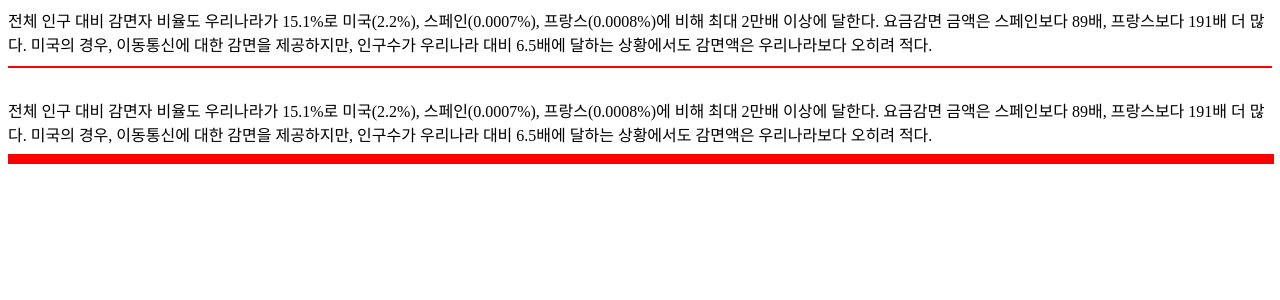
Repository: sungken/htmlProject
Page: ClientTest/src/main/webapp/html/ex09_hr.html
An editor plug-in stored every save of this project. The page is shown before and after the next save, followed by the edit.
The browser window is 1280 px wide. The pictures show the whole page.

Above is the page before, as saved 2024-03-13 00:47:11.

After the next save:
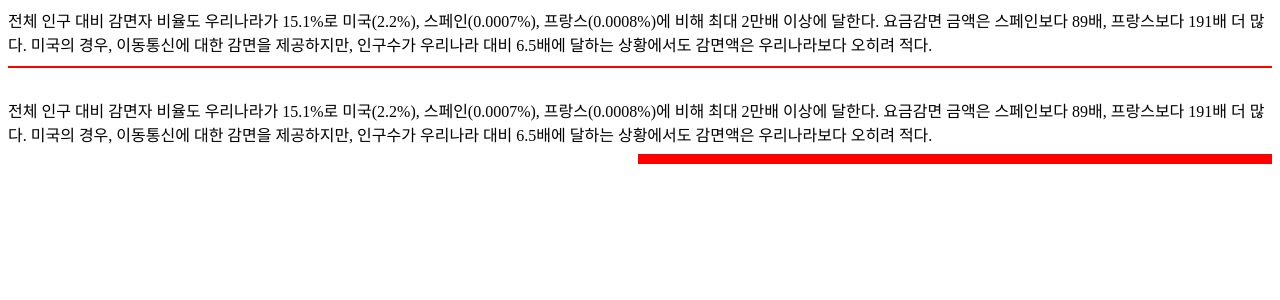
Saved 48 s later.
--- a/ClientTest/src/main/webapp/html/ex09_hr.html
+++ b/ClientTest/src/main/webapp/html/ex09_hr.html
@@ -29,7 +29,7 @@
 <body>전체 인구 대비 감면자 비율도 우리나라가 15.1%로 미국(2.2%), 스페인(0.0007%), 프랑스(0.0008%)에 비해 최대 2만배 이상에 달한다. 요금감면 금액은 스페인보다 89배, 프랑스보다 191배 더 많다. 미국의 경우, 이동통신에 대한 감면을 제공하지만, 인구수가 우리나라 대비 6.5배에 달하는 상황에서도 감면액은 우리나라보다 오히려 적다.</body>
 <hr style="border: 0.5px solid red;  margin: 10px 0px 30px 0">
 <body>전체 인구 대비 감면자 비율도 우리나라가 15.1%로 미국(2.2%), 스페인(0.0007%), 프랑스(0.0008%)에 비해 최대 2만배 이상에 달한다. 요금감면 금액은 스페인보다 89배, 프랑스보다 191배 더 많다. 미국의 경우, 이동통신에 대한 감면을 제공하지만, 인구수가 우리나라 대비 6.5배에 달하는 상황에서도 감면액은 우리나라보다 오히려 적다.</body>
-<hr color="red" size="10" width="100%">
+<hr color="red" size="10" width="50%" align="right">
 
 
 
